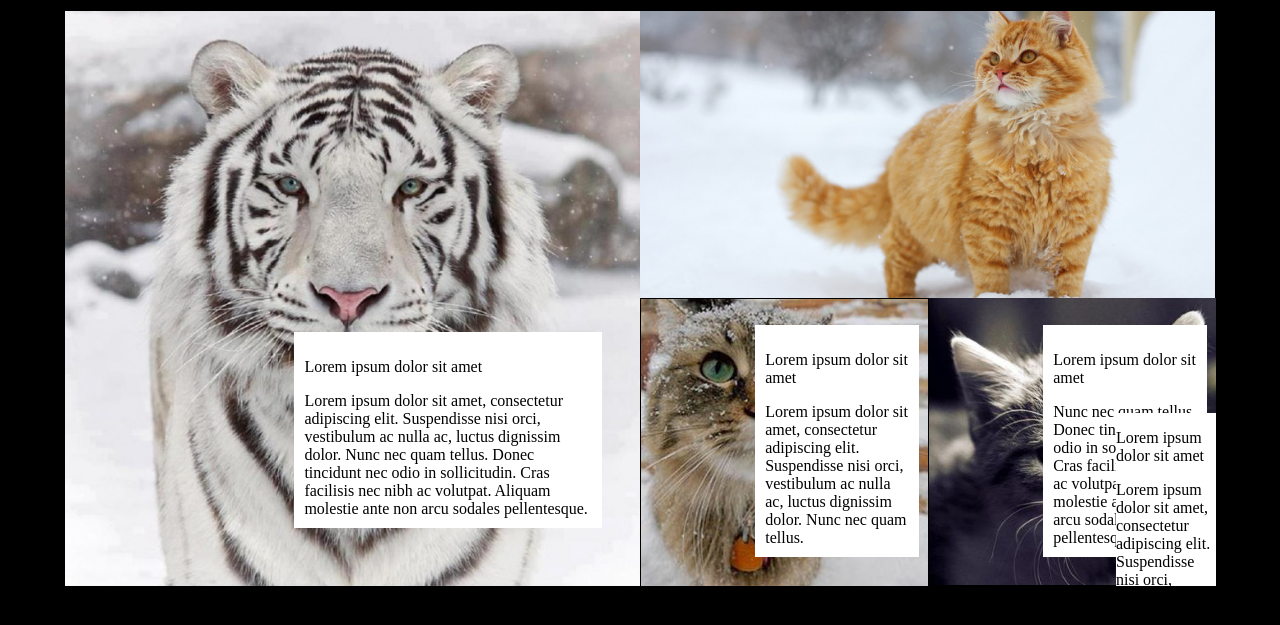
Repository: niebezsensu/Info-Folder
Page: index.html
The author's editor kept a record of every edit. The page is drawn from the files as they stood at one moment, then again after the next edit.
The browser window is 1280 px wide. The pictures show the whole page.

Above is the page before.

After the next edit:
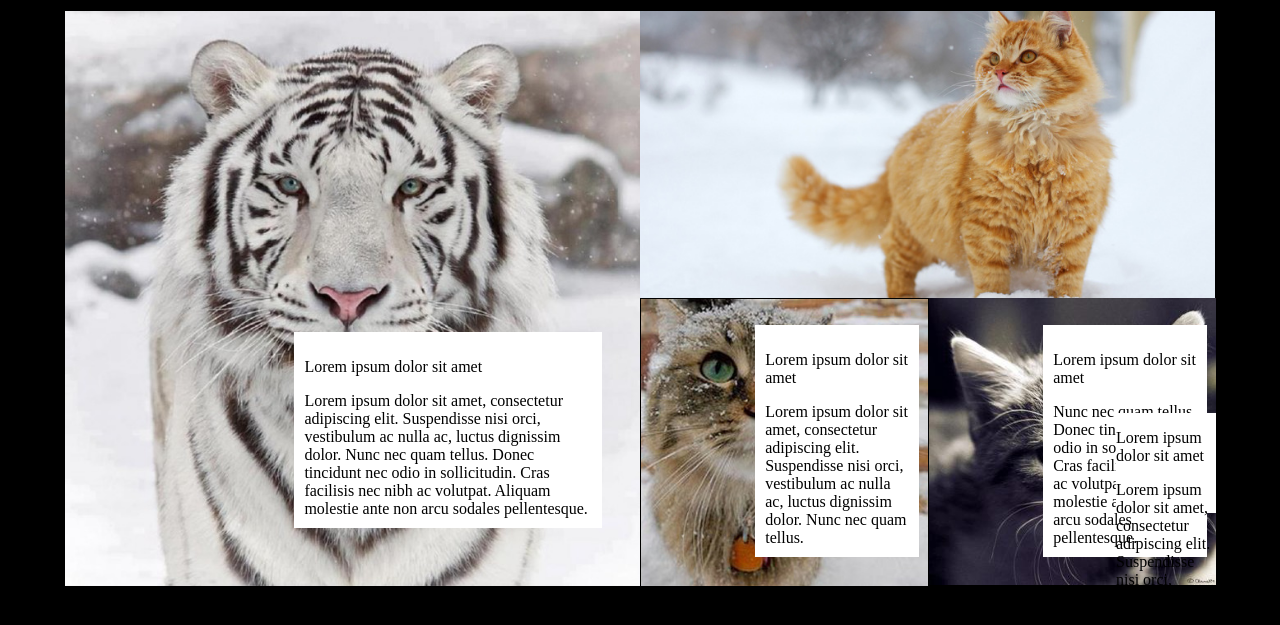
The edit:
--- a/css/folder.css
+++ b/css/folder.css
@@ -198,7 +198,7 @@
     display:block;
     position: absolute;
     width: 100px;
-    height: 100%;
+    height: 100px;
     background-color: white;
 }
 #second-slider{
